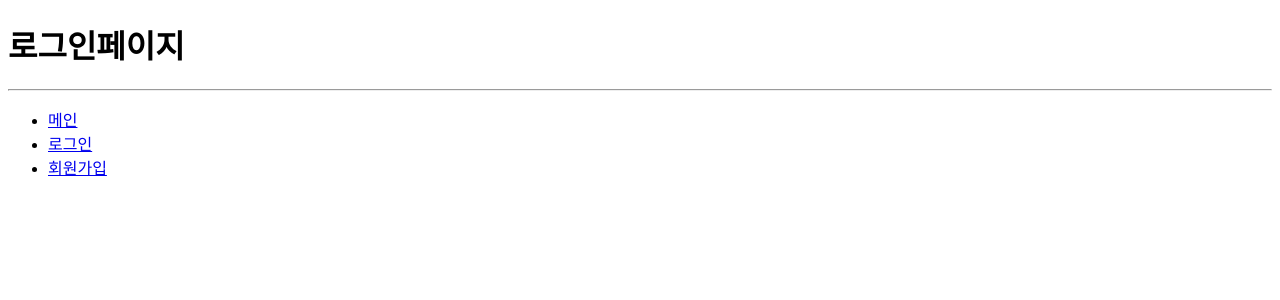
Repository: jaecheol0330/jsp-work
Page: http://localhost/cos/login.jsp
An editor plug-in stored every save of this project. The page is shown before and after the next save, followed by the edit.
The browser window is 1280 px wide. The pictures show the whole page.
The page is served by Tomcat 9. Other server files are loaded and not shown.

Above is the page before, as saved 2020-08-22 02:42:16.

### cos/WebContent/login.jsp
<%@ page language="java" contentType="text/html; charset=UTF-8"
    pageEncoding="UTF-8"%>
<!DOCTYPE html>
<html>
<head>
<meta charset="UTF-8">
<title>Insert title here</title>
</head>
<body>
<h1>로그인페이지</h1>
<hr/>
<ul>
	<li><a href="main.jsp">메인</a></li>
	<li><a href="login.jsp">로그인</a></li>
	<li><a href="join.jsp">회원가입</a></li>
</ul>
</body>
</html>

After the next save:
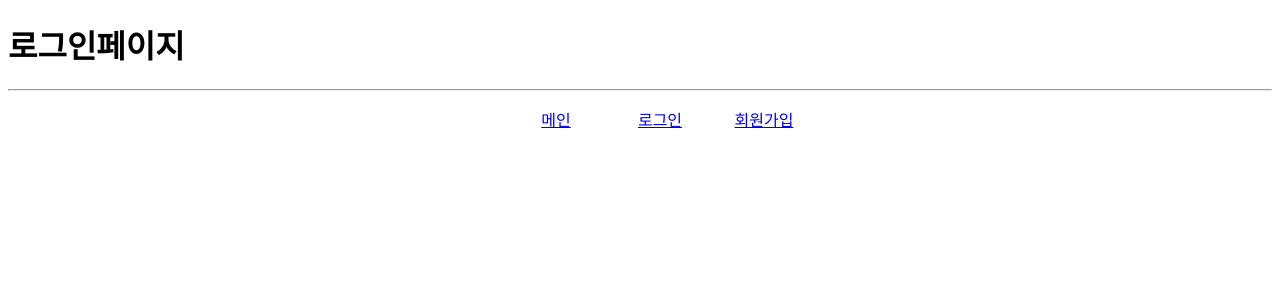
Saved 55 s later.
--- a/cos/WebContent/login.jsp
+++ b/cos/WebContent/login.jsp
@@ -5,6 +5,15 @@
 <head>
 <meta charset="UTF-8">
 <title>Insert title here</title>
+<style>
+	ul{
+		text-align: center;
+	}
+	li {
+		display: inline-block;
+		width: 100px;
+	}
+</style>
 </head>
 <body>
 <h1>로그인페이지</h1>
